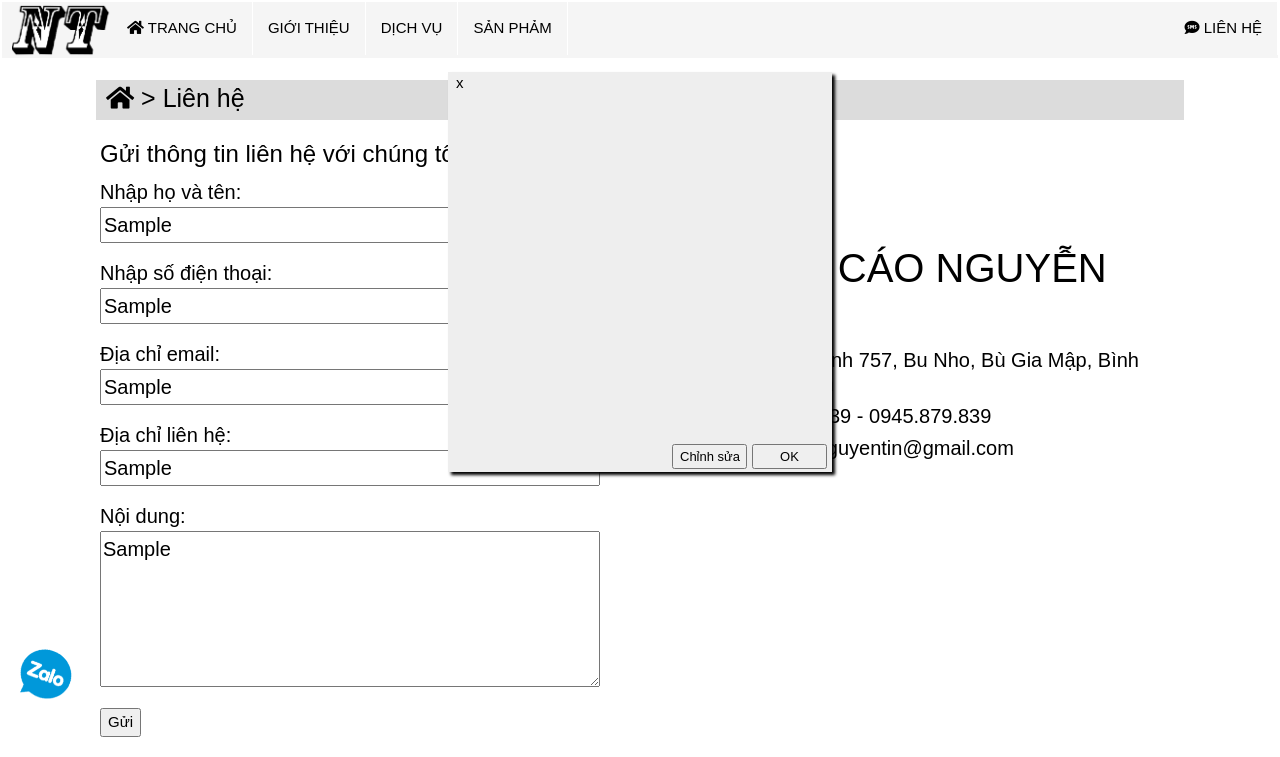
Repository: Haunguyen42193/quangcaonguyentin.github.io
Page: contact.html
These files come from the project's save history. The page is drawn as it stood at one moment and after the next save; the edit follows.
The browser window is 1280 px wide. The pictures show the part of the page from y = 0 to 757 px (the page is 1526 px tall).
Empty fields were first filled with sample values (such as "Sample", 5 or name@example.com).
After loading, the first visible `#submit` was clicked once.
Pictures or frames that could not be fetched are drawn as grey boxes. Some web fonts or font styles are not loaded; a fallback is used. Some web libraries are served in a nearby version.

Above is the page before, as saved 2021-09-17 17:48:29.

After the next save:
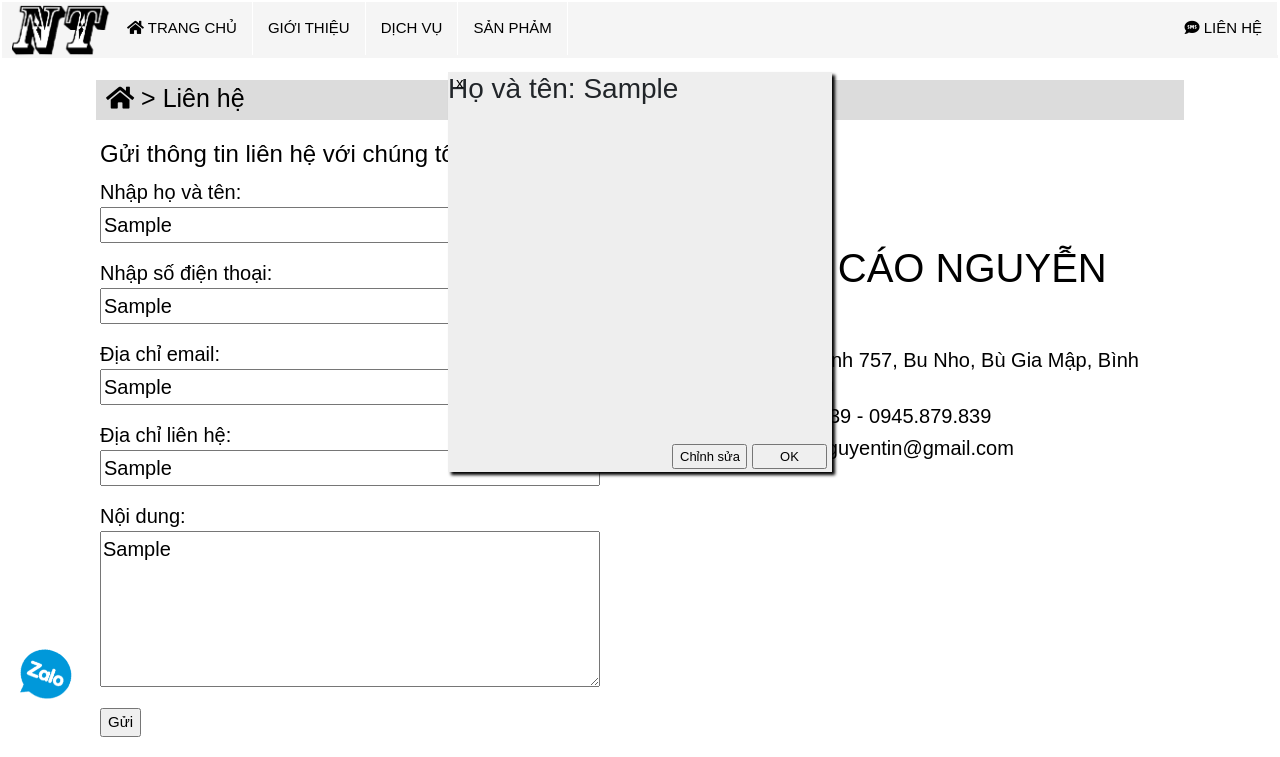
Saved 2 min 44 s later.
--- a/Js/main.js
+++ b/Js/main.js
@@ -16,7 +16,11 @@ $(document).ready(function() {
     })
     $(".popup").hide()
     $("#submit").click(function(){
-        $(".popup").fadeIn(1000)
+        var name = $("#name").val()
+
+        $(".popup").fadeIn(1000).prepend(`
+        <h3>Họ và tên: ${name}
+        `)
     })
     $(".popup > a, #ok").click(function(){
         event.preventDefault()
